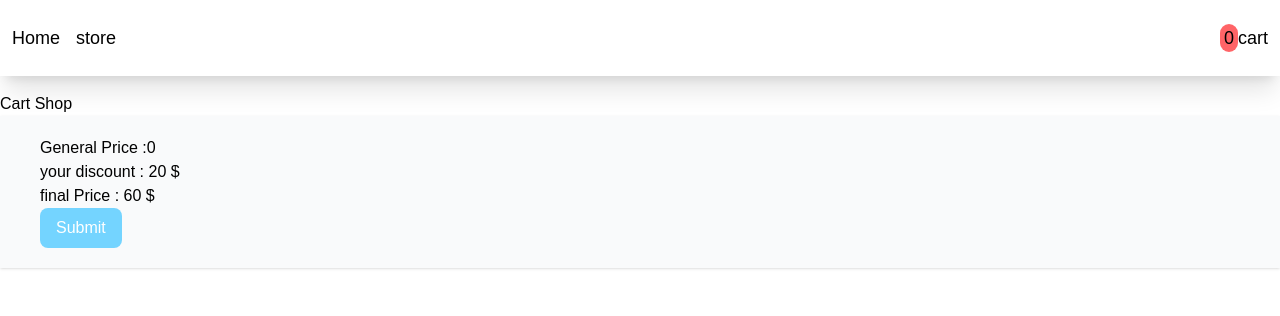
Repository: Rohullah-Noori/Nextjs-online-shop
Page: /cart
An editor plug-in stored every save of this project. The page is shown before and after the next save, followed by the edit.
The browser window is 1280 px wide. The pictures show the whole page.
The project was rebuilt for these pictures with package versions that can differ from the ones it lists, and the page was loaded fresh each time. The framework's server and built-in components were replaced by stand-ins that run in the browser. Requests to the local data server were answered from the project's data file. Also part of the build but not shown: next.config.ts, src/app/components/AddToCart.tsx, src/app/components/CartItem.tsx.

Above is the page before, as saved 2025-05-13 16:31:54.

After the next save:
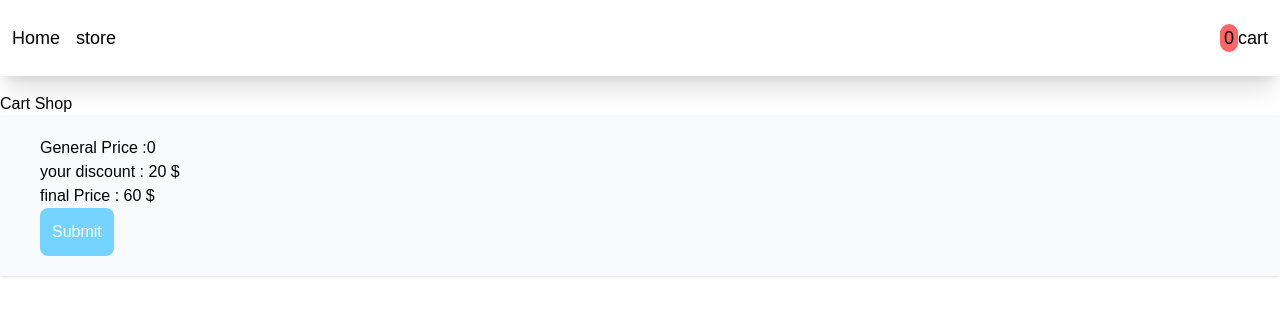
Saved 9 s later.
--- a/src/app/cart/page.tsx
+++ b/src/app/cart/page.tsx
@@ -50,7 +50,7 @@ export default function Cart() {
           final Price : <span>60 $</span>
         </p>
         <div className=" flex justify-start gap-x-3">
-          <button className=" px-4 py-2 rounded-lg bg-sky-300 text-white">
+          <button className=" p-3 rounded-lg bg-sky-300 text-white">
             Submit
           </button>
           {/* <input
